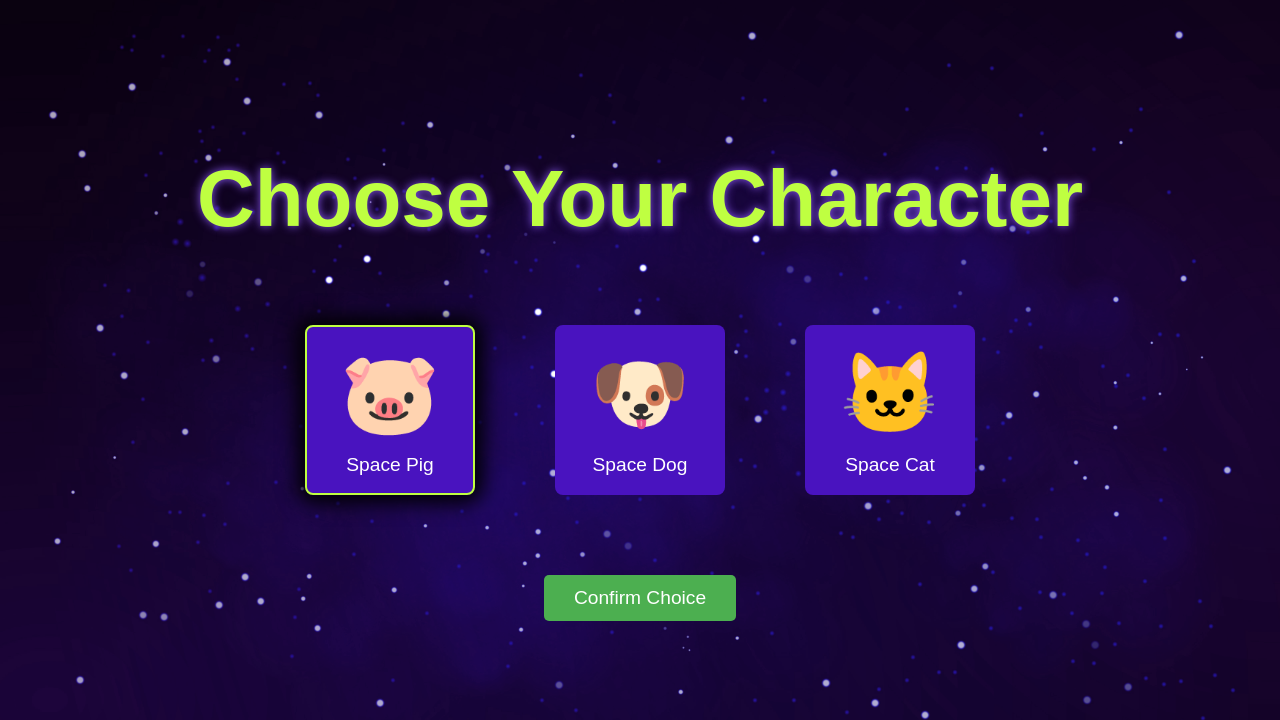
Repository: brunaguarizo/SpaceFarm
Page: index.html
These files come from the project's save history. The page is drawn as it stood at one moment and after the next save; the edit follows.
The browser window is 1280 px wide. The pictures show the whole page.
After loading, the first visible `div.character-option` was clicked once.
Some web fonts or font styles are not loaded; a fallback is used.

Above is the page before, as saved 2025-04-24 11:20:05.

### index.html
<!DOCTYPE html>
<html lang="en">
    <head>
        <meta charset="UTF-8" />
        <meta
            name="viewport"
            content="width=device-width, initial-scale=1.0" />
        <title>Space Animals Game</title>
        <link
            rel="stylesheet"
            href="styles.css" />

        <link
            rel="preconnect"
            href="https://fonts.googleapis.com" />
        <link
            rel="preconnect"
            href="https://fonts.gstatic.com"
            crossorigin />
        <link
            href="https://fonts.googleapis.com/css2?family=Ranchers&display=swap"
            rel="stylesheet" />
    </head>
    <body>
        <div id="game-container">
            <!-- Character Selection Screen -->
            <div id="character-select">
                <h1>Choose Your Character</h1>
                <div class="character-options">
                    <div
                        class="character-option"
                        data-character="pig">
                        <div class="character-icon">🐷</div>
                        <div class="character-label">Space Pig</div>
                    </div>
                    <div
                        class="character-option"
                        data-character="dog">
                        <div class="character-icon">🐶</div>
                        <div class="character-label">Space Dog</div>
                    </div>
                    <div
                        class="character-option"
                        data-character="cat">
                        <div class="character-icon">🐱</div>
                        <div class="character-label">Space Cat</div>
                    </div>
                </div>
                <button
                    id="confirm-btn"
                    disabled>
                    Confirm Choice
                </button>
            </div>

            <!-- Game Screen -->
            <div id="game-screen">
                <div id="player"></div>
                <div id="score-container">
                    <div id="score">Score: 0</div>
                    <button id="pause-btn">Pause</button>
                </div>
            </div>

            <!-- Pause Screen -->
            <div id="pause-screen">
                <h2>Game Paused</h2>
                <button id="resume-btn">Resume</button>
            </div>

            <!-- Game Over Screen -->
            <div id="game-over">
                <h2>Game Over</h2>
                <div id="final-score">Score: 0</div>
                <button id="restart-btn">Play Again</button>
            </div>
        </div>

        <script src="script.js"></script>
    </body>
</html>

### styles.css
body {
    margin: 0;
    padding: 0;
    overflow: hidden;
    font-family: var(--font-family);
    background-color: var(--mid-green);
}

#game-container {
    position: relative;
    width: 100vw;
    height: 100vh;
    background-image: url("img/space-bg.jpg");
    background-size: cover;
    overflow: hidden;
}

/* Character Selection Screen */
#character-select {
    position: absolute;
    width: 100%;
    height: 100%;
    display: flex;
    flex-direction: column;
    justify-content: center;
    align-items: center;
    z-index: 10;
}

#character-select h1 {
    color: var(--light-green);
    font-size: var(--header);
    margin-bottom: var(--space-extra-large);
    text-shadow: 0 0 10px var(--mid-purple);
}

.character-options {
    display: flex;
    gap: var(--space-extra-large);
    margin-bottom: var(--space-extra-large);
}

.character-option {
    width: 150px;
    height: 150px;
    background-color: var(--dark-purple);
    border-radius: var(--space-small);
    display: flex;
    flex-direction: column;
    align-items: center;
    justify-content: center;
    cursor: pointer;
    transition: transform 0.3s, box-shadow 0.3s;
    padding: var(--space-small);
    border: 2px solid transparent;
}

.character-option:hover {
    transform: scale(1.05);
    box-shadow: 0 0 15px var(--light-purple);
}

.character-option.selected {
    border-color: var(--light-green);
    box-shadow: 0 0 20px var(--space-small);
}

.character-icon {
    width: 100px;
    height: 100px;
    font-size: 80px;
    display: flex;
    justify-content: center;
    align-items: center;
}

.character-label {
    color: white;
    font-size: 1.2rem;
    margin-top: 10px;
}

#confirm-btn {
    padding: 12px 30px;
    background-color: #4caf50;
    color: white;
    border: none;
    border-radius: 5px;
    font-size: 1.2rem;
    cursor: pointer;
    transition: background-color 0.3s;
}

#confirm-btn:hover {
    background-color: #45a049;
}

#confirm-btn:disabled {
    background-color: #cccccc;
    cursor: not-allowed;
}

/* Game Screen */
#game-screen {
    display: none;
    position: absolute;
    width: 100%;
    height: 100%;
}

#player {
    position: absolute;
    width: 60px;
    height: 60px;
    left: 100px;
    top: 50%;
    transform: translateY(-50%);
    font-size: 50px;
    line-height: 1;
    z-index: 5;
}

.asteroid {
    position: absolute;
    font-size: 30px;
    color: #aaa;
}

#score-container {
    position: absolute;
    top: 20px;
    right: 20px;
    display: flex;
    align-items: center;
    gap: 20px;
    z-index: 5;
}

#score {
    color: white;
    font-size: 24px;
    font-weight: bold;
    background-color: rgba(0, 0, 0, 0.5);
    padding: 10px 20px;
    border-radius: 10px;
}

#pause-btn {
    background-color: rgba(0, 0, 0, 0.5);
    color: white;
    border: none;
    border-radius: 5px;
    font-size: 18px;
    padding: 10px 15px;
    cursor: pointer;
    transition: background-color 0.3s;
}

#pause-btn:hover {
    background-color: rgba(0, 0, 0, 0.7);
}

/* Game Over Screen */
#game-over {
    display: none;
    position: absolute;
    top: 0;
    left: 0;
    width: 100%;
    height: 100%;
    background-color: rgba(0, 0, 0, 0.8);
    z-index: 15;
    flex-direction: column;
    justify-content: center;
    align-items: center;
}

#game-over h2 {
    color: #ff3333;
    font-size: 3.5rem;
    margin-bottom: 1rem;
    text-shadow: 0 0 10px rgba(255, 0, 0, 0.5);
}

#final-score {
    color: white;
    font-size: 2rem;
    margin-bottom: 2rem;
}

#restart-btn {
    padding: 12px 30px;
    background-color: #3366ff;
    color: white;
    border: none;
    border-radius: 5px;
    font-size: 1.2rem;
    cursor: pointer;
    transition: background-color 0.3s;
}

#restart-btn:hover {
    background-color: #2952cc;
}

/* Utility Classes */
.invisible {
    opacity: 0;
}

/* Pause Screen */
#pause-screen {
    display: none;
    position: absolute;
    top: 0;
    left: 0;
    width: 100%;
    height: 100%;
    background-color: rgba(0, 0, 0, 0.7);
    z-index: 12;
    flex-direction: column;
    justify-content: center;
    align-items: center;
    color: white;
}

#pause-screen h2 {
    font-size: 3rem;
    margin-bottom: 2rem;
}

#resume-btn {
    padding: 12px 30px;
    background-color: #4caf50;
    color: white;
    border: none;
    border-radius: 5px;
    font-size: 1.2rem;
    cursor: pointer;
    transition: background-color 0.3s;
}

#resume-btn:hover {
    background-color: #45a049;
}

/* --------------------------- variables  --------------------------- */
:root {
    --font-family: "Ranchers", sans-serif;
    --header: 80px;
    --text: 16px;

    --light-green: #bfff41;
    --mid-green: #a3de1a;
    --dark-green: #46b800;
    --light-pink: #ffc2ec;
    --mid-pink: #f0429c;
    --dark-pink: #910b64;
    --light-purple: #dcccff;
    --mid-purple: #8655ef;
    --dark-purple: #4913bf;

    --space-extra-small: 4px;
    --space-small: 8px;
    --space-regular: 16px;
    --space-medium: 32px;
    --space-large: 48px;
    --space-extra-large: 80px;
}

### script.js
// Game variables
let selectedCharacter = "";
let score = 0;
let playerElement;
let gameRunning = false;
let isPaused = false;
let playerY;
let asteroids = [];
let gameLoopInterval;
let asteroidInterval;
let gameHeight;
let gameWidth;

// Character emoji mapping
const characterEmojis = {
    pig: "🐷",
    dog: "🐶",
    cat: "🐱",
};

// Asteroid options
const asteroidOptions = ["🌑", "☄️", "🪨", "💫"];

// DOM elements
const characterOptions = document.querySelectorAll(".character-option");
const confirmBtn = document.getElementById("confirm-btn");
const characterSelectScreen = document.getElementById("character-select");
const gameScreen = document.getElementById("game-screen");
const pauseBtn = document.getElementById("pause-btn");
const pauseScreen = document.getElementById("pause-screen");
const resumeBtn = document.getElementById("resume-btn");
const gameOverScreen = document.getElementById("game-over");
const finalScoreDisplay = document.getElementById("final-score");
const restartBtn = document.getElementById("restart-btn");
const scoreDisplay = document.getElementById("score");

// Initialize the game
function init() {
    // Character selection event listeners
    characterOptions.forEach((option) => {
        option.addEventListener("click", () => {
            // Remove selected class from all options
            characterOptions.forEach((opt) => opt.classList.remove("selected"));
            // Add selected class to clicked option
            option.classList.add("selected");
            // Store selected character
            selectedCharacter = option.dataset.character;
            // Enable confirm button
            confirmBtn.disabled = false;
        });
    });

    // Confirm button event listener
    confirmBtn.addEventListener("click", startGame);

    // Pause button event listener
    pauseBtn.addEventListener("click", togglePause);

    // Resume button event listener
    resumeBtn.addEventListener("click", togglePause);

    // Restart button event listener
    restartBtn.addEventListener("click", restartGame);

    // Keyboard event listeners
    document.addEventListener("keydown", handleKeyPress);
}

// Start the game
function startGame() {
    // Hide character selection screen
    characterSelectScreen.style.display = "none";
    // Show game screen
    gameScreen.style.display = "block";

    // Set up player
    playerElement = document.getElementById("player");
    playerElement.innerHTML = characterEmojis[selectedCharacter];

    // Initialize variables
    gameHeight = window.innerHeight;
    gameWidth = window.innerWidth;
    score = 0;
    updateScore();
    playerY = gameHeight / 2;
    gameRunning = true;
    isPaused = false;
    asteroids = [];

    // Position player
    updatePlayerPosition();

    // Start game loop
    gameLoopInterval = setInterval(gameLoop, 16); // ~60fps

    // Start spawning asteroids
    spawnAsteroid(); // Spawn first asteroid immediately
    asteroidInterval = setInterval(spawnAsteroid, 1500); // Then every 1.5 seconds
}

// Game loop
function gameLoop() {
    if (!gameRunning || isPaused) return;

    // Move asteroids
    moveAsteroids();

    // Check collisions
    checkCollisions();
}

// Handle keyboard input
function handleKeyPress(e) {
    if (!gameRunning || isPaused) return;

    const moveDistance = 20;

    if (e.key === "ArrowUp" || e.key === "w") {
        // Move up
        playerY = Math.max(50, playerY - moveDistance);
        updatePlayerPosition();
    } else if (e.key === "ArrowDown" || e.key === "s") {
        // Move down
        playerY = Math.min(gameHeight - 50, playerY + moveDistance);
        updatePlayerPosition();
    }
}

// Update player position on screen
function updatePlayerPosition() {
    playerElement.style.top = `${playerY}px`;
}

// Spawn a new asteroid
function spawnAsteroid() {
    if (!gameRunning || isPaused) return;

    // Create asteroid element
    const asteroid = document.createElement("div");
    asteroid.classList.add("asteroid");

    // Set random asteroid type
    const asteroidType =
        asteroidOptions[Math.floor(Math.random() * asteroidOptions.length)];
    asteroid.innerHTML = asteroidType;

    // Set random position (y-axis)
    const asteroidY = Math.random() * (gameHeight - 100) + 50;

    // Set asteroid properties
    asteroid.style.left = `${gameWidth}px`;
    asteroid.style.top = `${asteroidY}px`;

    // Add to game screen
    gameScreen.appendChild(asteroid);

    // Add to asteroids array
    asteroids.push({
        element: asteroid,
        x: gameWidth,
        y: asteroidY,
        speed: Math.random() * 3 + 5, // Random speed between 5-8
        passed: false,
    });
}

// Move all asteroids
function moveAsteroids() {
    for (let i = asteroids.length - 1; i >= 0; i--) {
        const asteroid = asteroids[i];

        // Move asteroid
        asteroid.x -= asteroid.speed;
        asteroid.element.style.left = `${asteroid.x}px`;

        // Check if asteroid passed the player
        if (!asteroid.passed && asteroid.x < 100) {
            asteroid.passed = true;
            score += 10;
            updateScore();
        }

        // Remove asteroid if it's off-screen
        if (asteroid.x < -50) {
            gameScreen.removeChild(asteroid.element);
            asteroids.splice(i, 1);
        }
    }
}

// Check for collisions
function checkCollisions() {
    const playerRect = {
        x: 100,
        y: playerY - 30,
        width: 60,
        height: 60,
    };

    for (const asteroid of asteroids) {
        const asteroidRect = {
            x: asteroid.x,
            y: asteroid.y - 15,
            width: 30,
            height: 30,
        };

        // Check if player and asteroid rectangles intersect
        if (
            playerRect.x < asteroidRect.x + asteroidRect.width &&
            playerRect.x + playerRect.width > asteroidRect.x &&
            playerRect.y < asteroidRect.y + asteroidRect.height &&
            playerRect.y + playerRect.height > asteroidRect.y
        ) {
            // Collision detected
            gameOver();
            return;
        }
    }
}

// Update score display
function updateScore() {
    scoreDisplay.textContent = `Score: ${score}`;
}

// Toggle pause state
function togglePause() {
    isPaused = !isPaused;

    if (isPaused) {
        pauseScreen.style.display = "flex";
    } else {
        pauseScreen.style.display = "none";
    }
}

// Game over
function gameOver() {
    gameRunning = false;

    // Clear intervals
    clearInterval(gameLoopInterval);
    clearInterval(asteroidInterval);

    // Update final score
    finalScoreDisplay.textContent = `Score: ${score}`;

    // Show game over screen
    gameOverScreen.style.display = "flex";
}

// Restart game
function restartGame() {
    // Clear asteroids
    asteroids.forEach((asteroid) => {
        if (asteroid.element.parentNode) {
            asteroid.element.parentNode.removeChild(asteroid.element);
        }
    });

    // Hide game over screen
    gameOverScreen.style.display = "none";

    // Go back to character selection
    gameScreen.style.display = "none";
    characterSelectScreen.style.display = "flex";

    // Reset character selection
    characterOptions.forEach((opt) => opt.classList.remove("selected"));
    confirmBtn.disabled = true;
    selectedCharacter = "";
}

// Initialize the game when the page loads
window.addEventListener("load", init);

After the next save:
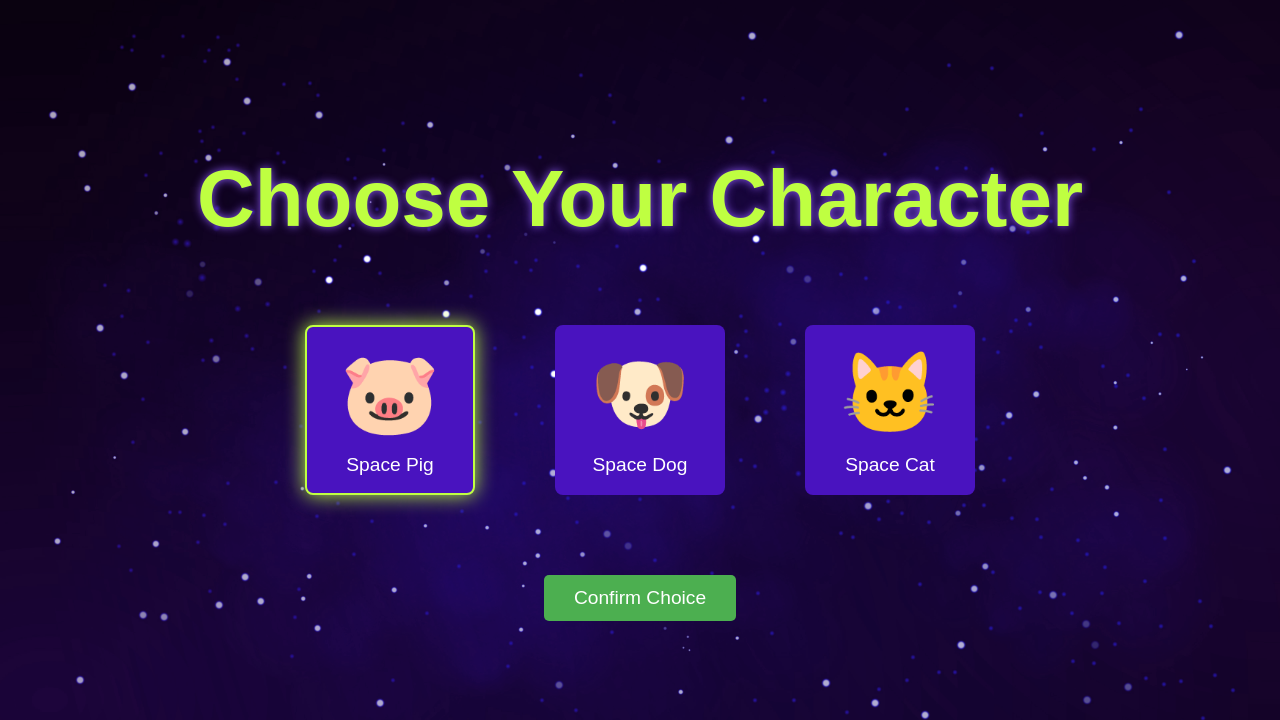
Saved 12 s later.
--- a/styles.css
+++ b/styles.css
@@ -62,7 +62,7 @@ body {
 
 .character-option.selected {
     border-color: var(--light-green);
-    box-shadow: 0 0 20px var(--space-small);
+    box-shadow: 0 0 20px var(--light-green);
 }
 
 .character-icon {
